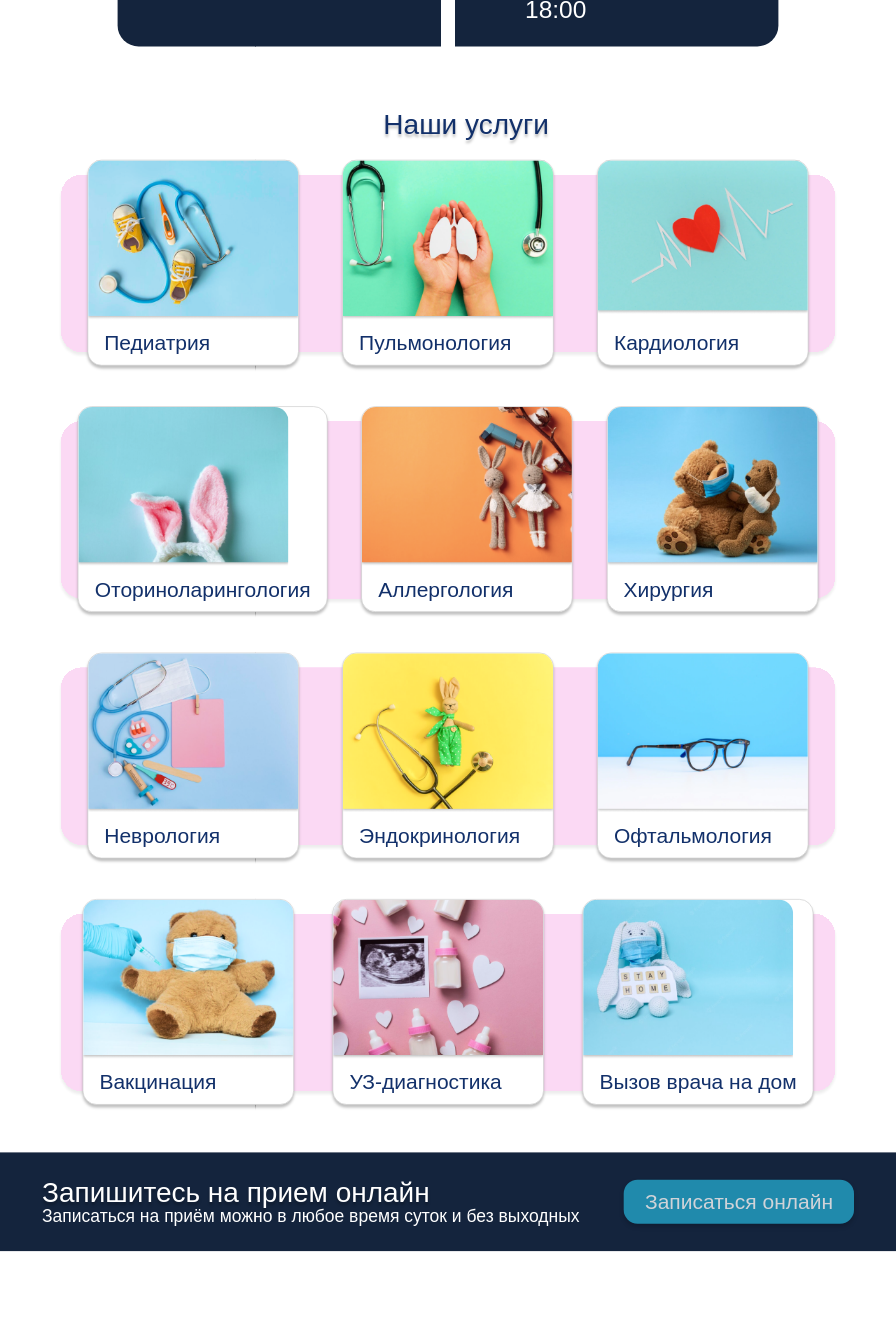
Repository: Normandy72/Landing-Page-Happy-Child
Page: index.html
These files come from the project's save history. The page is drawn as it stood at one moment and after the next save; the edit follows.
The browser window is 1280 px wide. The pictures show the part of the page from y = 1025 to 2945 px (the page is 7303 px tall before and 7315 px after), at 70% of full size.
Some web fonts or font styles are not loaded; a fallback is used.

Above is the page before, as saved 2022-11-13 00:28:56.

### index.html
<!DOCTYPE html>
<html lang="en">
<head>
    <meta charset="UTF-8">
    <meta http-equiv="X-UA-Compatible" content="IE=edge">
    <meta name="viewport" content="width=device-width, initial-scale=1.0">
    <link href="https://fonts.googleapis.com/css2?family=Neucha&display=swap" rel="stylesheet">
    <link href="https://fonts.googleapis.com/css2?family=Coustard:wght@400;900&display=swap" rel="stylesheet">
    <link rel="icon" href="resources/icon/stethoscope.ico" sizes="16x16">
    <link rel="icon" href="resources/icon/stethoscope.ico" sizes="32x32">
    <link rel="icon" href="resources/icon/stethoscope.ico" sizes="64x64">
    <link rel="stylesheet" href="styles/main.css">
    <title>Happy Child</title>
</head>

<body>
    <header>
        <div class="wrapper layout-3-columns">
            <a href="#main">
                <div class="header__logo"></div>
            </a>
            <nav class="header__navigation">
                <a class = "navigation__link" href="#main">Главная</a>
                <a class = "navigation__link" href="#service">Услуги</a>
                <a class = "navigation__link" href="#doctors">Врачи</a>
                <a class = "navigation__link" href="#news">Новости</a>
                <a class = "navigation__link" href="#appointment">Запись на прием</a>
                <a class = "navigation__link" href="#contacts">Контакты</a>
            </nav>
            <a href="tel: +375291030303">
                <div class="header__phone"></div>
            </a>
        </div>
    </header>

    <main>
        <section class="section__main">
            <div class="wrapper">
                <div class="main__text" id="main">
                    <div class="main__logo"></div>
                    <h1>Медицинский центр для детей</h1>
                    <h6>только актуальные рекомендации, основанные на доказательствах</h6>
                    <button class="button button_accented">Записаться на прием</button>
                </div>
            </div>
        </section>

        <section class="section__information wrapper">
            <div class="information__block block__phone">
                <div class="block__icon"></div>
                <h2>Контакты</h2>
                <h3>+375 29 103-03-03</h3>
                <h3>+375 17 103-03-03</h3>
            </div>
            <div class="information__block block__shedule" id="service">
                <div class="block__icon"></div>
                <h2>График работы</h2>
                <h3>Пн. - Пт. :    8:00 - 21:00</h3>
                <h3>Сб. - Вс. :    9:00 - 18:00</h3>
            </div>
        </section>

        <section class="section__services">
            <div class="wrapper">
                <h2 class="heading_dark">Наши услуги</h2>
                <div class="divider"></div>
                <div class="services__cards layout-3-columns">
                    <div class="services__card">
                        <img src="resources/img/services/pediatria.png" alt="pediatria">
                        <h4>Педиатрия</h4>
                    </div>

                    <div class="services__card">
                        <img src="resources/img/services/pulmo.png" alt="pulmo">
                        <h4>Пульмонология</h4>
                    </div>

                    <div class="services__card">
                        <img src="resources/img/services/cardio.png" alt="cardio">
                        <h4>Кардиология</h4>
                    </div>
                </div>

                <div class="services__cards layout-3-columns">
                    <div class="services__card">
                        <img src="resources/img/services/lor.png" alt="lor">
                        <h4>Оториноларингология</h4>
                    </div>

                    <div class="services__card">
                        <img src="resources/img/services/allergo.png" alt="allergo">
                        <h4>Аллергология</h4>
                    </div>

                    <div class="services__card">
                        <img src="resources/img/services/surgery.png" alt="surgery">
                        <h4>Хирургия</h4>
                    </div>
                </div>

                <div class="services__cards layout-3-columns">
                    <div class="services__card">
                        <img src="resources/img/services/neuro.png" alt="neuro">
                        <h4>Неврология</h4>
                    </div>

                    <div class="services__card">
                        <img src="resources/img/services/endocryn.png" alt="endocryn">
                        <h4>Эндокринология</h4>
                    </div>

                    <div class="services__card">
                        <img src="resources/img/services/ophtalm.png" alt="ophtalm">
                        <h4>Офтальмология</h4>
                    </div>
                </div>

                <div class="services__cards layout-3-columns">
                    <div class="services__card">
                        <img src="resources/img/services/vaccination.png" alt="vaccination">
                        <h4>Вакцинация</h4>
                    </div>

                    <div class="services__card">
                        <img src="resources/img/services/usd.png" alt="usd">
                        <h4>УЗ-диагностика</h4>
                    </div>

                    <div class="services__card">
                        <img src="resources/img/services/stayhome.png" alt="stayhome">
                        <h4>Вызов врача на дом</h4>
                    </div>
                </div>
            </div>
        </section>

        <section class="section__addition" id="doctors">
            <div class="wrapper addition__info layout-2-columns">
                <div class="addition__text">
                    <h2>Запишитесь на прием онлайн</h2>
                    <h5>Записаться на приём можно в любое время суток и без выходных</h5>
                </div>
                <button class="button button_standart">Записаться онлайн</button>
            </div>
        </section>

        <section class="wrapper section__chief layout-2-columns">
            <div class="chief__foto"></div>
            <div class="chief__text">
                <div class="text__lines">
                    <div class="lines__line"></div>
                    <p>“</p>
                    <div class="lines__line"></div>
                </div>
                <h5>Счастливый ребенок – это, прежде всего, ребенок здоровый, и только потом уже читающий
                и играющий на скрипке.</h5>
                <div class="text__lines">
                    <div class="lines__line"></div>
                    <p>”</p>
                    <div class="lines__line"></div>
                </div>
                <div class="chief__signature">
                    <h5>Главный врач клиники</h5>
                    <img class="chief__logo" src="resources/icon/HappyChild_small.svg" alt="logo"></img>
                </div>
                <h5>Самуилова Инна Абрамовна</h5>
            </div>
        </section>

        <section class="wrapper section__doctors">
            <h2>Познакомьтесь с нашими специалистами</h2>
            <h5>Мы гордимся тем, что являемся медицинским центром, где Ваши дети на первом месте!</h5>
            <h5>В кратчайшие сроки мы предоставляем медицинскую помощь высочайшего качества и индивидуальное лечение ведущими специалистами страны.</h5>
            <div class="doctors__arrows">
                <div class="arrow_left"></div>
                <div class="arrow_rigth"></div>
            </div>
            <div class="doctors__cards">
                <div class="doctors__card" id="news">
                    <img src="resources/img/doctors/ivanov1.png" alt="ivanov1">
                    <h5>Иванов Илья Денисович</h5>
                    <h6>Врач-оториноларинголог</h6>
                </div>

                <div class="doctors__card">
                    <img src="resources/img/doctors/stanina1.png" alt="stanina1">
                    <h5>Станина Александра Ивановна</h5>
                    <h6>Врач-офтальмолог</h6>
                </div>

                <div class="doctors__card">
                    <img src="resources/img/doctors/tkachenko1.png" alt="tkachenko1">
                    <h5>Ткаченко Антонина Львовна</h5>
                    <h6>Врач-невролог</h6>
                </div>

                <div class="doctors__card">
                    <img src="resources/img/doctors/savenko1.png" alt="savenko1">
                    <h5>Савенко Алина Викторовна</h5>
                    <h6>Врач-педиатр</h6>
                </div>

                <div class="doctors__card">
                    <img src="resources/img/doctors/krotov1.png" alt="krotov1">
                    <h5>Кротов Алексей Геннадьевич</h5>
                    <h6>Врач-хирург</h6>
                </div>

                <div class="doctors__card">
                    <img src="resources/img/doctors/karpovich1.png" alt="karpovich1">
                    <h5>Карпович Анна Игоревна</h5>
                    <h6>Врач-кардиолог</h6>
                </div>

                <div class="doctors__card">
                    <img src="resources/img/doctors/akulich1.png" alt="akulich1">
                    <h5>Акулич Олег Васильевич</h5>
                    <h6>Врач-эндокринолог</h6>
                </div>

                <div class="doctors__card">
                    <img src="resources/img/doctors/astapenko1.png" alt="astapenko1">
                    <h5>Астапенко Ирина Эдуардовна</h5>
                    <h6>Врач УЗ-диагностики</h6>
                </div>
            </div>
        </section>

        <section>
            <div class="wrapper section__news">
                <h2>Новости</h2>
                <div class="news__cards">
                    <div class="news__card layout-2-columns">
                        <div class="news-card__info">
                            <h6>25. 07. 2022   15 : 00</h6>
                            <h4>Всемирный день здоровья полости рта</h4>
                            <h6>Взрослея, организм ребенка испытывает множество изменений. В честь Всемирного дня здоровья полости рта наши стоматологи расскажут родителям и детям, как заботиться о зубах и деснах в разных возрастных периодах, какие средства использовать, чтобы смена молочных зубов прошла легко и безболезненно, и еще много-много полезного!</h6>
                            <a href="#">Подробнее...</a>
                        </div>
                        <img src="resources/img/news/news1.png" alt="news1">
                    </div>
                </div>

                <div class="news__cards">
                    <div class="news__card layout-2-columns">
                        <div class="news-card__info">
                            <h6>27. 07. 2022   13 : 30</h6>
                            <h4>Европейская неделя иммунизации</h4>
                            <h6>Знаете ли Вы, что иммунизация является единственным и надежным способом борьбы с эпидемиологическими заболеваниями, такими как корь, полиомиелит, эпидемический паротит и др.? В рамках Европейской недели иммунизации врач-педиатр Савенко Алина Викторовна познакомит Вас с текущим календарем профилактических прививок и ответит на все волнующие Вас вопросы! </h6>
                            <a href="#">Подробнее...</a>
                        </div>
                        <img src="resources/img/news/news2.png" alt="news1">
                    </div>
                </div>

                <div class="news__cards">
                    <div class="news__card layout-2-columns">
                        <div class="news-card__info">
                            <h6>28. 07. 2022    16 : 00</h6>
                            <h4>Международный день офтальмологии</h4>
                            <h6>Ухудшение зрения может лишить человека возможности заниматься любимым делом. Хорошо, что современная офтальмология обладает широкими возможностями для лечения многих заболеваний глаз.  Приходите к нам в Международный день офтальмологии и узнайте, что рекомендуют специалисты для профилактии заболеваний глаз.</h6>
                            <a href="#">Подробнее...</a>
                        </div>
                        <img src="resources/img/news/news3.png" alt="news1">
                    </div>
                </div>
            </div>
        </section>

        <section class="section__addition" id="appointment">
            <div class="wrapper addition__info layout-2-columns">
                <div class="addition__text">
                    <h2>Подпишитесь на рассылку</h2>
                    <h5>Будьте в курсе новостей !</h5>
                </div>
                <form class="addition__form">
                    <input class = "addition__input" type="text" value="Email">
                    <button class="button button_standart">Подписаться</button>
                </form>
            </div>
        </section>

        <section class="wrapper section__callback layout-2-columns">
            <div class="callback__form">
                <h2>Остались вопросы?</h2>
                <h5>Оставьте заявку, мы Вам перезвоним!</h5>
                <form action="">
                    <input class="callback__input" type="text" value="Ваше имя">
			        <input class="callback__input" type="tel" placeholder="Номер телефона" pattern="+375(29,17,33,44)[0-9]{3}-[0-9]{2}-[0-9]{2}" required>
			        <select class="callback__input" name="menu" size="1">
				        <option>Желаемая услуга</option>
				        <option value="ped">Педиатрия</option>
				        <option value="pulmo">Пульмонология</option>
				        <option value="cardio">Кардиология</option>
				        <option value="lor">Оториноларингология</option>
				        <option value="allergo">Аллергология</option>
				        <option value="surg">Хирургия</option>
				        <option value="neuro">Неврология</option>
				        <option value="endocryn">Эндокринология</option>
				        <option value="ophtalm">Офтальмология</option>
				        <option value="vaccin">Вакцинация</option>
				        <option value="usd">УЗ-диагностика</option>
				        <option value="stayhome">Вызов врача на дом</option>
			        </select>
			        <input class="callback__input" type="date" value="2022-01-01" min="2022-01-01" max="2022-12-31">
                    <label class="callback__checkbox">
                        <input type="checkbox">
                        Я даю согласие на хранение и обработку персональных данных
                    </label>
			        <button class="button button_standart">Оставить заявку</button>
                </form>
            </div>
            <div class="callback__photo"></div>
        </section>

        <section class="wrapper section__contacts" id="contacts">
            <h2>Ждем Вас в нашем центре !</h2>
            <div class="layout-2-columns">
                <div class="contacts__info">
                    <h3>Контакты</h3>
                    <h6>Мы находимся по адресу:</h6>
                    <h4>г. Минск, ул. Матусевича, 70</h4>
                    <h6>Связаться с нами:</h6>
                    <h4>+375 29 103-03-03</h4>
                    <h4>+375 17 103-03-03</h4>
                    <h6>Мы в социальных сетях:</h6>
                    <div class="contacts__social">
                        <a href="https://www.instagram.com/" target="_blank">
                            <img src="resources/icon/instagram.svg" alt="instagram">
                        </a>
                        <a href="https://telegram.org/" target="_blank">
                            <img src="resources/icon/telegram.svg" alt="telegram">
                        </a>
                        <a href="https://www.facebook.com/" target="_blank">
                            <img src="resources/icon/facebook.svg" alt="facebook">
                        </a>
                    </div>
                </div>
                <div class="contacts__map">
                    <iframe src="https://www.google.com/maps/embed?pb=!1m18!1m12!1m3!1d2349.762263760085!2d27.45258099084052!3d53.918200355636046!2m3!1f0!2f0!3f0!3m2!1i1024!2i768!4f13.1!3m3!1m2!1s0x46dbc52f35b245d3%3A0x98f1d72de22c93c4!2z0YPQu9C40YbQsCDQnNCw0YLRg9GB0LXQstC40YfQsCA3MCwg0JzQuNC90YHQug!5e0!3m2!1sru!2sby!4v1668282275086!5m2!1sru!2sby" width="700" height="400" style="border:0;" allowfullscreen="" loading="lazy" referrerpolicy="no-referrer-when-downgrade"></iframe>
                </div>
            </div>
        </section>
    </main>

    <footer>
        <div class="wrapper">
            <h6>ООО “HappyChild” © 2022</h6>
            <a href="#" target="_blank">Политика конфиденциальности</a>
        </div>
    </footer>

    <!-- Modal window -->
    <div class="wrapper modal__window hide">
        <div class="callback__form">
            <h5>Оставьте заявку, мы Вам перезвоним!</h5>
            <form action="">
                <input class="callback__input" type="text" value="Ваше имя">
                <input class="callback__input" type="tel" placeholder="Номер телефона" pattern="+375(29,17,33,44)[0-9]{3}-[0-9]{2}-[0-9]{2}" required>
                <select class="callback__input" name="menu" size="1">
                    <option>Желаемая услуга</option>
                    <option value="ped">Педиатрия</option>
                    <option value="pulmo">Пульмонология</option>
                    <option value="cardio">Кардиология</option>
                    <option value="lor">Оториноларингология</option>
                    <option value="allergo">Аллергология</option>
                    <option value="surg">Хирургия</option>
                    <option value="neuro">Неврология</option>
                    <option value="endocryn">Эндокринология</option>
                    <option value="ophtalm">Офтальмология</option>
                    <option value="vaccin">Вакцинация</option>
                    <option value="usd">УЗ-диагностика</option>
                    <option value="stayhome">Вызов врача на дом</option>
                </select>
                <input class="callback__input" type="date" value="2022-01-01" min="2022-01-01" max="2022-12-31">
                <label class="callback__checkbox">
                    <input type="checkbox">
                    Я даю согласие на хранение и обработку персональных данных
                </label>
                <button class="button button_standart">Оставить заявку</button>
            </form>
        </div>
    </div>

</body>
</html>

### styles/main.css
@import url(base.css);
@import url(buttons.css);
@import url(footer.css);
@import url(forms.css);
@import url(header.css);
@import url(headings.css);
@import url(layouts.css);
@import url(links.css);
@import url(modal_window.css);
@import url(section_addition.css);
@import url(section_callback.css);
@import url(section_chief.css);
@import url(section_contacts.css);
@import url(section_doctors.css);
@import url(section_information.css);
@import url(section_main.css);
@import url(section_news.css);
@import url(section_services.css);
@import url(variables.css);

### styles/base.css
*{
    margin: 0;
    padding: 0;
    box-sizing: border-box;
}

html{
    scroll-behavior: smooth;
}

body{
    font-family: var(--main-font);
    font-size: 10px;
    color: var(--text-dark-color);
}

.wrapper{
    max-width: 1180px;
    min-width: 480px;
    padding: 0 1%;
    margin: auto;
}

.divider{
    width: 100%;
}

### styles/buttons.css
.button{
    border-radius: 20px;
    border: none;
    filter: drop-shadow(0px 4px 4px rgba(0, 0, 0, 0.25));
    padding: 15px 30px;
    opacity: 0.8;

    font-family: var(--main-font);
    font-style: normal;
    font-weight: 400;
    font-size: var(--buttons-font-size);
    line-height: 33px;
    display: flex;
    align-items: center;
    text-align: center;
    color: var(--buttons-text-color);
}

.button_accented{
    background-color: var(--accented-button-color);
}

.button_standart{
    background-color: var(--standart-button-color);
}

.button:hover{
    cursor: pointer;
    opacity: 1;
}

### styles/footer.css
footer{
    width: 100%;
    background-color: var(--footer-color);
    padding: 10px 0;
}

footer h6{
    display: inline;
    color: var(--text-ligth-color);
    padding-right: 40px;
}

### styles/layouts.css
.layout-3-columns{
    display: flex;
    align-items: center;
    justify-content: space-between;
    flex-wrap: wrap;
    flex-basis: 33%;
}

.layout-2-columns{
    display: flex;
    align-items: center;
    justify-content: space-between;
    flex-wrap: wrap;
    flex-basis: 45%;
}

### styles/links.css
a{
    text-decoration: none;
    color: var(--main-links-color);
    text-shadow: var(--shadow);
    font-size: var(--main-links-font-size);
}

a:hover{
    cursor: pointer;
    color: var(--main-links-hover-color);
    transition: var(--transition);
}

.news__card a{
    color: var(--second-link-color);
    font-size: var(--second-links-font-size);
}

.news__card a:hover{
    color: var(--second-link-hover-color);
}

footer a{
    font-size: var(--second-links-font-size);
}

footer a:hover{
    color: var(--second-link-hover-color);
}

### styles/modal_window.css
.modal__window{
    width: 58%;
    margin: auto;
    padding: 50px;
    display: flex;
    justify-content: center;
}

.hide{
    display: none;
}

.show{
    display: flex;
}

### styles/section_addition.css
.section__addition{
    color: var(--text-ligth-color);
    background-color: var(--added-blocks-color);
}

.addition__info{
    padding: 36px 10px;
}

### styles/section_callback.css
.section__callback{
    padding: 142px 0 170px;
}

.callback__form h2{
    padding-bottom: 10px;
}

.callback__form h5{
    padding-bottom: 20px;
}

.callback__photo{
    width: 472.32px;
    height: 507.09px;
    background-image: url(../resources/img/doctor_call.png);
    background-size: contain;
    background-repeat: no-repeat;
}

### styles/section_main.css
.section__main{
    width: 100%;
    height: 750px;
    background-image: url(../resources/img/girl.jpg);
    background-size: cover;
    background-repeat: no-repeat;
}

.main__text{
    padding-top: 165px;
    width: 540px;
    display: flex;
    flex-direction: column;
    align-items: center;
}

.main__logo{
    background-image: url(../resources/icon/HappyChild_big.png);
    background-repeat: no-repeat;
    width: 388px;
    height: 99px;
    margin-bottom: 5px;
}

.main__text h1{
    padding-bottom: 15px;
    text-shadow: var(--shadow);
}

.main__text h6{
    padding-bottom: 65px;
    text-shadow: var(--shadow);
}

Loaded but not shown: styles/variables.css (50 lines, source omitted); styles/section_doctors.css (65 lines, source omitted); styles/section_chief.css (64 lines, source omitted); styles/section_news.css (55 lines, source omitted); styles/forms.css (51 lines, source omitted); styles/section_information.css (44 lines, source omitted); styles/header.css (42 lines, source omitted); styles/section_services.css (37 lines, source omitted); styles/section_contacts.css (46 lines, source omitted); styles/headings.css (42 lines, source omitted)

After the next save:
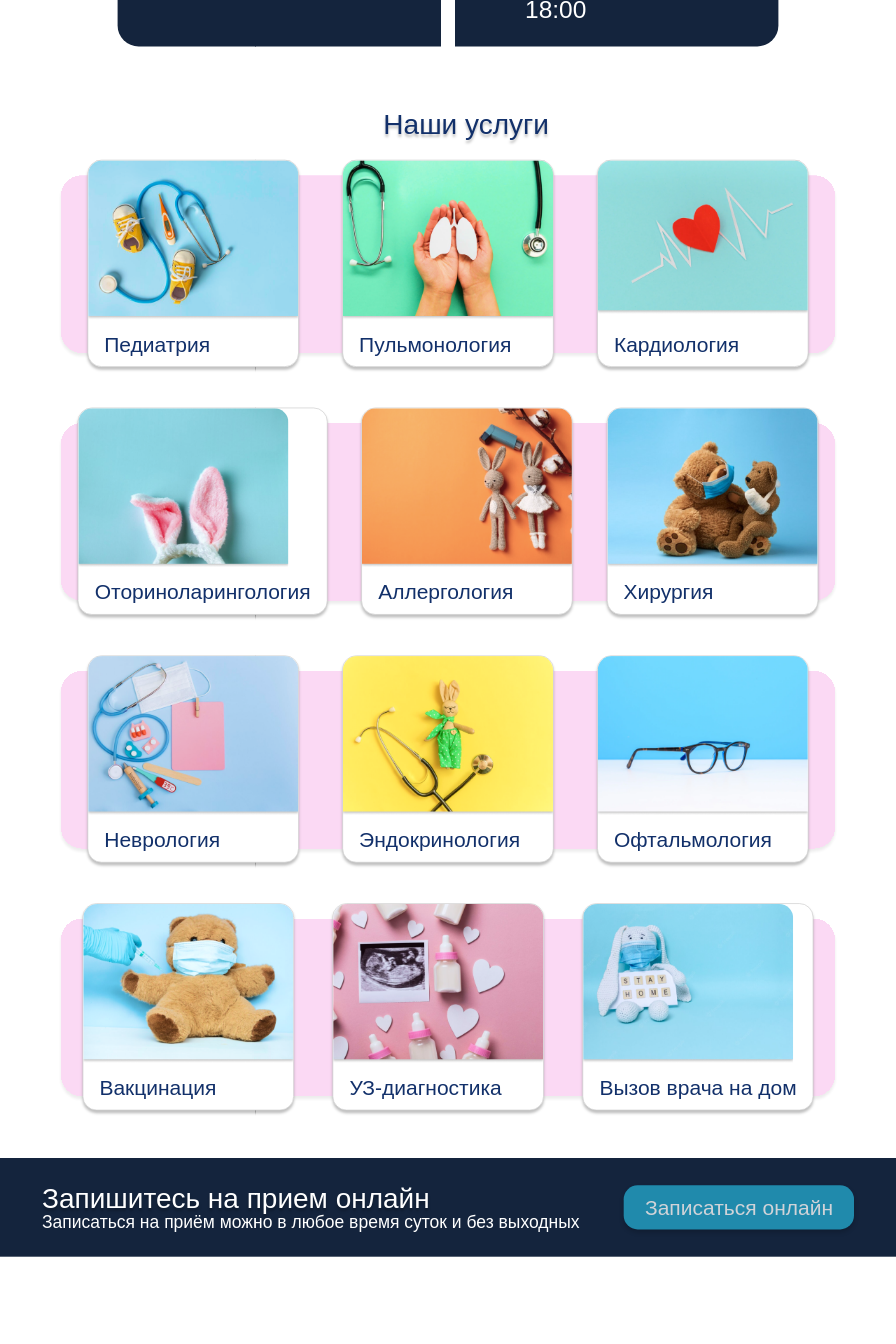
Saved 63 s later.
--- a/styles/base.css
+++ b/styles/base.css
@@ -10,7 +10,6 @@ html{
 
 body{
     font-family: var(--main-font);
-    font-size: 10px;
     color: var(--text-dark-color);
 }
 
